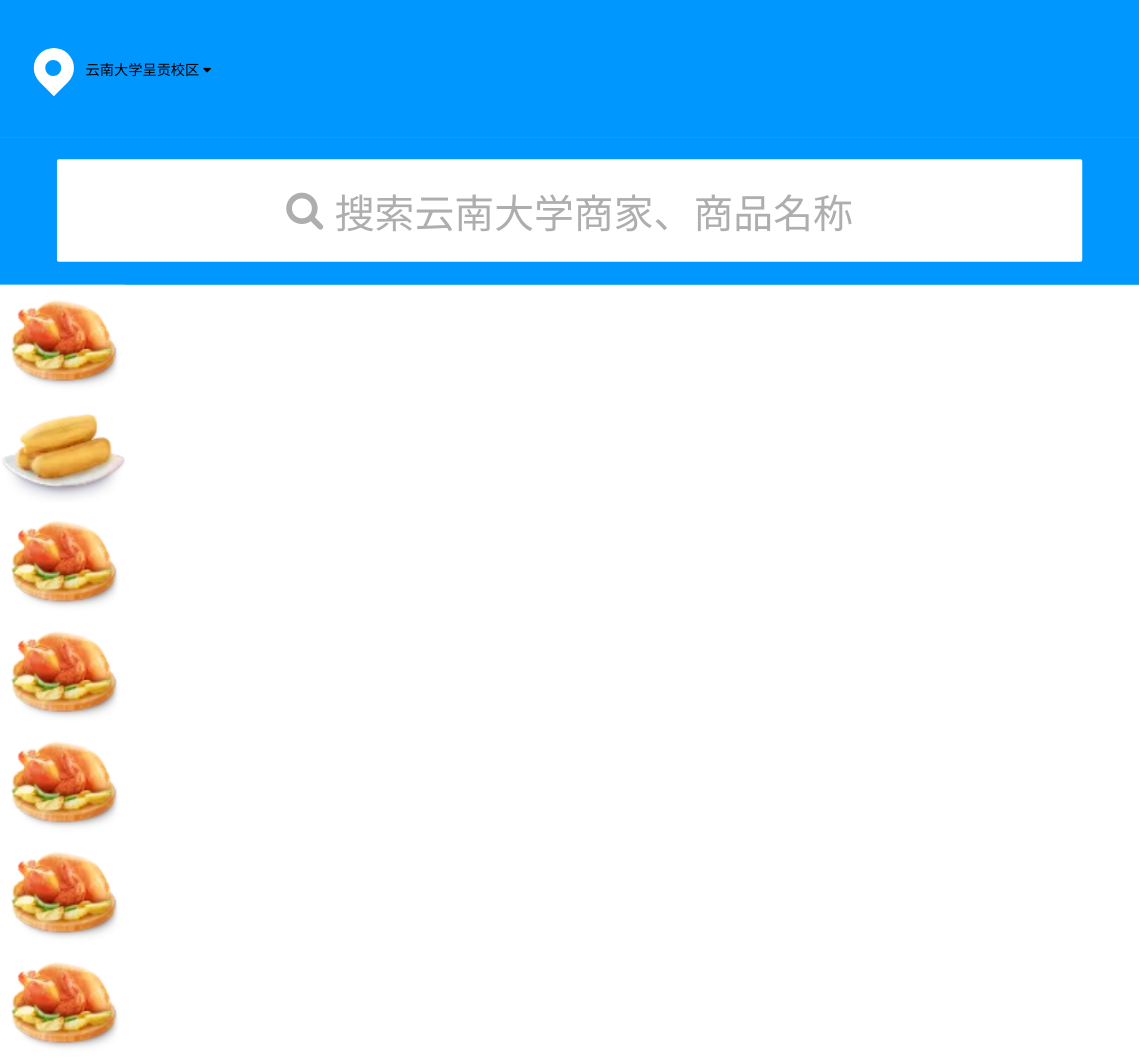
Repository: F000top/ele
Page: index.html
These files come from the project's save history. The page is drawn as it stood at one moment and after a run of saves; the edit follows.
The browser window is 1280 px wide. The pictures show the whole page, at 89% of full size.

Above is the page before, as saved 2022-06-07 21:25:18.

### index.html
<!DOCTYPE html>
<html lang="en">
<head>
    <meta charset="UTF-8">
    <!-- 移动端网页必备 -->
    <meta name="viewport" content="width=device-width,initial-scale=1">
    <!-- 导入一些库文件 -->
    <link href="framework/font-awesome/css/font-awesome.min.css" rel="stylesheet">
    <link href="framework/reset.css" rel="stylesheet">
    <link href="framework/icon.css" rel="stylesheet">
    <link href="css/index.css" rel="stylesheet">


    <meta http-equiv="X-UA-Compatible" content="IE=edge">
    <meta name="viewport" content="width=device-width, initial-scale=1.0">
    <title>云南大学校园外卖平台</title>
</head>
<body>
    <!-- 总容器 ，wrapper是包装器的意思-->
    <div class="wrapper">

        <!-- header部分 -->
        <header>
            <div class="icon-location-box">

                <div class="icon-location"></div>
            </div>

            <div>云南大学呈贡校区 <i class="fa fa-caret-down"></i></div>
        </header>

        <!-- search部分 -->
			<!--
			    搜索框部分（此块与search-fixed-top块宽度高度一致，用于当
				search-fixed-top块固定后，挡住下面块不要窜上去）
			-->
			<div class="search">
				<!-- 当滚动条超过上面的定位块时，search-fixed-top块变成固定在顶部。 -->
				<div class="search-fixed-top" id="fixedBox">
					<!-- 搜索框部分中间的白框 -->
					<div class="search-box">
						<i class="fa fa-search"></i>搜索云南大学商家、商品名称
					</div>
				</div>
			</div>

            <!-- 点餐分类部分 -->

             <ul class="foodtype">
               <li>
                   <img src="img/dcfl01.png">
                   <p></p>
               </li>

               <li>
                <img src="img/dcfl02.png">
                <p></p>
            </li>

            <li>
                <img src="img/dcfl01.png">
                <p></p>
            </li>
            <li>
                <img src="img/dcfl01.png">
                <p></p>
            </li>
            <li>
                <img src="img/dcfl01.png">
                <p></p>
            </li>
            <li>
                <img src="img/dcfl01.png">
                <p></p>
            </li>
            <li>
                <img src="img/dcfl01.png">
                <p></p>
            </li>


             </ul>










    </div>
</body>
</html>

### framework/reset.css
/***************** CSS重置 *******************/
/* 开发自己想要的东西 */
html,body,div,span,h1,h2,h3,h4,h5,h6,ul,ol,li,p{
	margin: 0;
	padding: 0;
}

html,body{
	width: 100%;
	height: 100%;
	font-family: "幼圆";

}

ul,ol{
	list-style: none;

}

/* 标签 */
a{
	text-decoration: none;
}

### framework/icon.css
/**
 * location 定位小图标
 * 说明：使用div标签，加上icon-location类样式即可。
 *       但需要放置在一个容器中，调整容器大小，图标能自适应容器大小。
 * 示例：
 * <div class="icon-location-box">
 *     <div class="icon-location"></div>
 * </div>
 */
.icon-location {
	position: relative;
	width: 100%;
	height: 100%;
	border-radius: 50% 50% 50% 0;
	background: #fff;
	transform: rotate(-45deg);
}
.icon-location:after {
	content: '';
	width: 40%;
	height: 40%;
	margin: 30% 0 0 29%;
	background-color: #0097FF;
	position: absolute;
	border-radius: 50%;
}

### css/index.css
/* 总容器 */
.wrapper{
    width: 100%;
    height: 100%;
}
/* vw就是当前屏幕宽度的1% */
/* 头部header */
.wrapper header{
    width: 100%;
    height: 12vw;
    background-color: #0097ff;

    display: flex;
    align-items: center;
}

.wrapper header .icon-location-box{
    width: 3.5vw;
    height: 3.5vw;
    margin: 0 1vw 0 3vw;
}

.wrapper head.location-text{
    font-size: 4.5vw;
    font-weight: 700;
    color: rgba(24, 216, 168, 0.13);
}

.wrapper header .location-text.fa-caret-down{
    margin: left 1vw; ;
}


/* search部分 */

/****************** search ******************/
.wrapper .search{
	width: 100%;
	height: 13vw;
}
.wrapper .search .search-fixed-top{
	width: 100%;
	height: 13vw;
	background-color: #0097FF;
	display: flex;
	justify-content: center;
	align-items: center;
}
.wrapper .search .search-fixed-top .search-box{
	width: 90%;
	height: 9vw;
	background-color: #fff;
	border-radius: 2px;

	display: flex;
	justify-content: center;
	align-items: center;

	font-size: 3.5vw;
	color: #AEAEAE;
	font-family: "宋体";
	/*此样式是让文本选中状态无效*/
	user-select: none;
}
.wrapper .search .search-fixed-top .search-box .fa-search{
	margin-right: 1vw;
}

Loaded but not shown: framework/font-awesome/css/font-awesome.min.css (library)

After the next 2 saves:
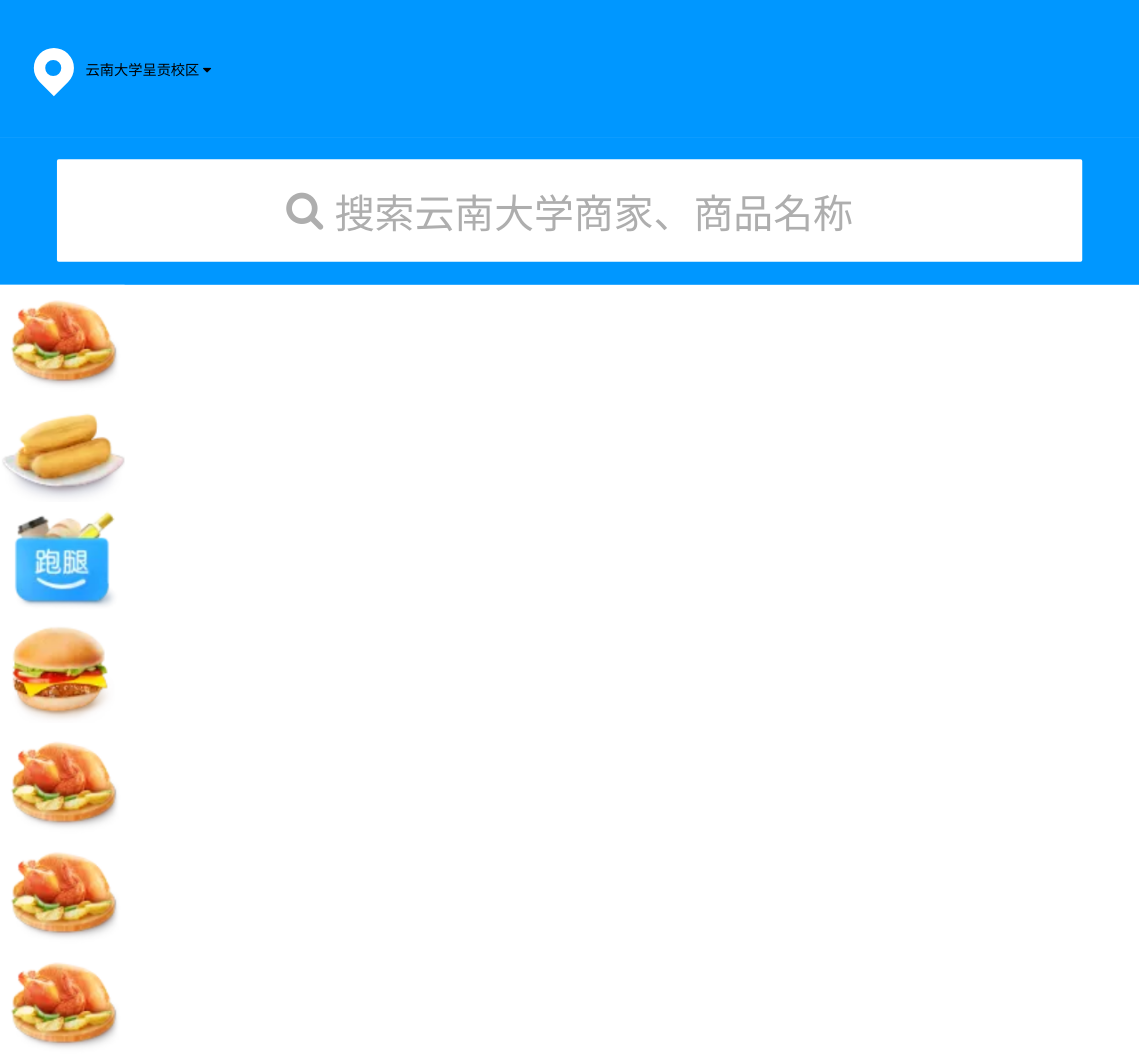
The 2 saves are shown as one change because they came seconds apart.
The last was saved 7 s later.
--- a/index.html
+++ b/index.html
@@ -58,11 +58,11 @@
             </li>
 
             <li>
-                <img src="img/dcfl01.png">
+                <img src="img/dcfl03.png">
                 <p></p>
             </li>
             <li>
-                <img src="img/dcfl01.png">
+                <img src="img/dcfl04.png">
                 <p></p>
             </li>
             <li>
